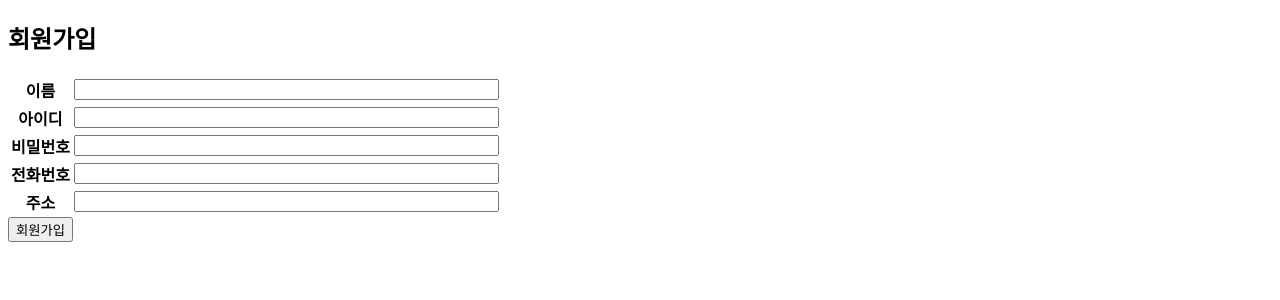
Repository: johwon/jspStudy
Page: jspStudy/src/main/webapp/member/member.html
The author's editor kept a copy of each file at every save. The page is drawn from the files as they stood at one save, then again after the next save.
The browser window is 1280 px wide. The pictures show the whole page.

Above is the page before, as saved 2024-12-03 07:54:55.

### jspStudy/src/main/webapp/member/member.html
<!DOCTYPE html>
<html>
<head>
<meta charset="UTF-8">
<title>회원가입</title>
</head>
<style>

</style>
<body>
	<form method="post", action="MemberInsert"></form>
	<h2>회원가입</h2>
	<table>
		<tr>
			<th>이름</th>
			<td><input type="text" name="name" size="50"></td>
		</tr>
		<tr>
			<th>아이디</th>
			<td><input type="text" name="id" size="50"></td>
		</tr>
		<tr>
			<th>비밀번호</th>
			<td><input type="password" name="password" size="50"></td>
		</tr>
		<tr>
			<th>전화번호</th>
			<td><input type="text" name="tel" size="50"></td>
		</tr>
		<tr>
			<th>주소</th>
			<td><input type="text" name="address" size="50"></td>
		</tr>
	</table>
	<input type="submit" value="회원가입">

</body>
</html>

After the next save:
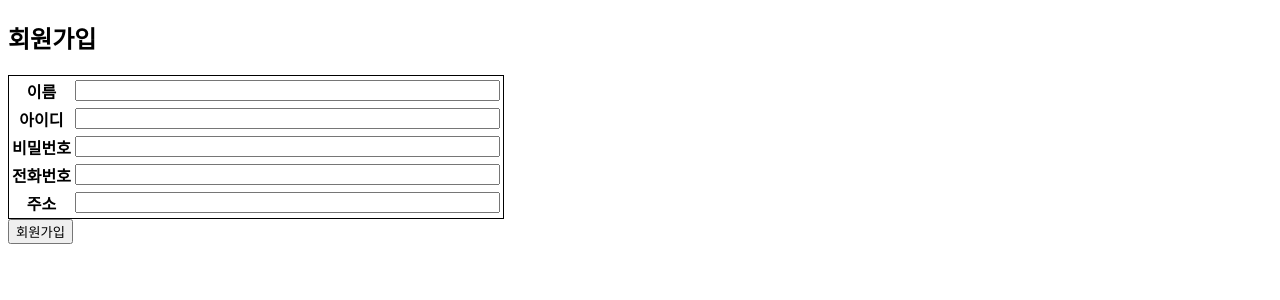
Saved 33 s later.
--- a/jspStudy/src/main/webapp/member/member.html
+++ b/jspStudy/src/main/webapp/member/member.html
@@ -5,7 +5,9 @@
 <title>회원가입</title>
 </head>
 <style>
-
+table {
+	border: 1px solid black;
+}
 </style>
 <body>
 	<form method="post", action="MemberInsert"></form>
